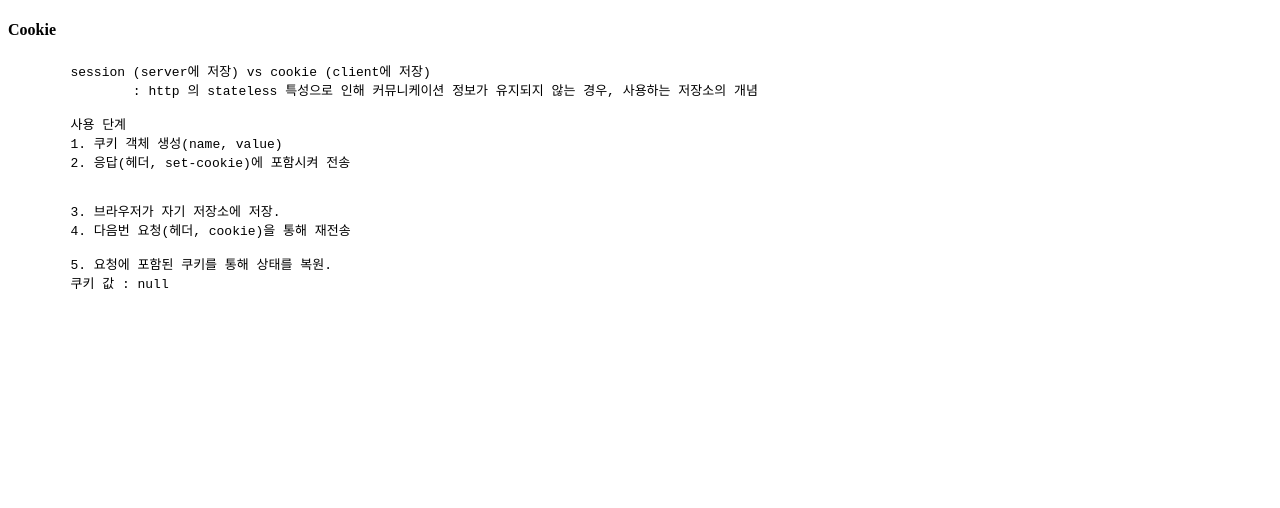
Repository: HEOGEUNJU/JSP
Page: http://localhost/WebStudy01/src/main/webapps/11/cookieDesc.jsp
These files come from the project's save history. The page is drawn as it stood at one moment and after the next save; the edit follows.
The browser window is 1280 px wide. The pictures show the whole page.
The page is served by Tomcat 9. Other server files are loaded and not shown.

Above is the page before, as saved 2022-12-22 07:43:12.

### WebStudy01/src/main/webapps/11/cookieDesc.jsp
<%@page import="kr.or.ddit.commons.wrapper.CookieHttpServletRequestWrapper"%>
<%@ page language="java" contentType="text/html; charset=UTF-8"
    pageEncoding="UTF-8"%>
<!DOCTYPE html>
<html>
<head>
<meta charset="UTF-8">
<title>11/cookieDesc.jsp</title>
</head>
<body>
<h4>Cookie</h4>
<pre>
	session (server에 저장) vs cookie (client에 저장)
		: http 의 stateless 특성으로 인해 커뮤니케이션 정보가 유지되지 않는 경우, 사용하는 저장소의 개념

	사용 단계
	1. 쿠키 객체 생성(name, value)
	2. 응답(헤더, set-cookie)에 포함시켜 전송
	<%--
 		Cookie firstCookie = new Cookie("firstCookie", "firstValue");
		response.addCookie(firstCookie);
	--%>

	3. 브라우저가 자기 저장소에 저장.
	4. 다음번 요청(헤더, cookie)을 통해 재전송

	5. 요청에 포함된 쿠키를 통해 상태를 복원.
	<%
		String findedValue = new CookieHttpServletRequestWrapper(request).getCookieValue("firstCookie");
		out.println("쿠키 값 : "+findedValue);
	%>
</pre>
</body>
</html>

### WebStudy01/src/main/java/kr/or/ddit/commons/wrapper/CookieHttpServletRequestWrapper.java
package kr.or.ddit.commons.wrapper;

import java.util.HashMap;
import java.util.Map;
import java.util.Optional;

import javax.servlet.http.Cookie;
import javax.servlet.http.HttpServletRequest;
import javax.servlet.http.HttpServletRequestWrapper;

public class CookieHttpServletRequestWrapper extends HttpServletRequestWrapper{

	private Map<String, Cookie> cookieMap;

	public CookieHttpServletRequestWrapper(HttpServletRequest request) {
		super(request);
		cookieMap = new HashMap<>();
		Cookie[] cookies = request.getCookies();
		if(cookies != null) {
			for(Cookie tmp : cookies) {
				cookieMap.put(tmp.getName(), tmp);
			}
		}
	}

	public Cookie getCookie(String name) {
		return cookieMap.get(name);

	}
	public String getCookieValue(String name) {
		Cookie finded = getCookie(name);
		return Optional.ofNullable(finded)
						.map(cookie->cookie.getValue())
						.orElse(null);
		}
}

After the next save:
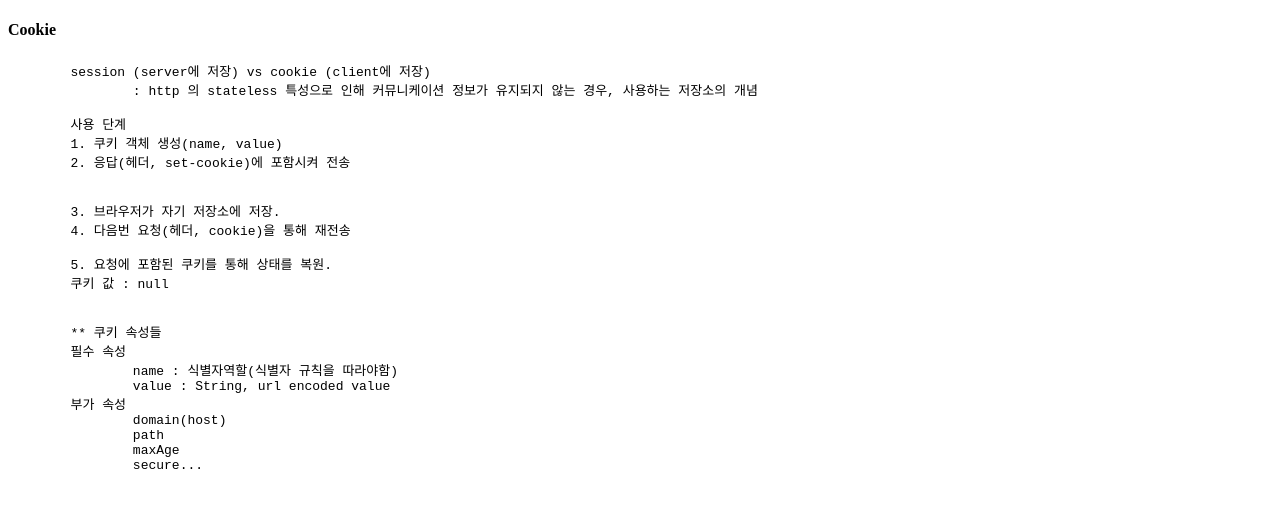
Saved 13 min 44 s later.
--- a/WebStudy01/src/main/webapps/11/cookieDesc.jsp
+++ b/WebStudy01/src/main/webapps/11/cookieDesc.jsp
@@ -16,10 +16,10 @@
 	사용 단계
 	1. 쿠키 객체 생성(name, value)
 	2. 응답(헤더, set-cookie)에 포함시켜 전송
-	<%--
+	<%
  		Cookie firstCookie = new Cookie("firstCookie", "firstValue");
 		response.addCookie(firstCookie);
-	--%>
+	%>
 
 	3. 브라우저가 자기 저장소에 저장.
 	4. 다음번 요청(헤더, cookie)을 통해 재전송
@@ -29,6 +29,16 @@
 		String findedValue = new CookieHttpServletRequestWrapper(request).getCookieValue("firstCookie");
 		out.println("쿠키 값 : "+findedValue);
 	%>
+
+	** 쿠키 속성들
+	필수 속성
+		name : 식별자역할(식별자 규칙을 따라야함)
+		value : String, url encoded value
+	부가 속성
+		domain(host)
+		path
+		maxAge
+		secure...
 </pre>
 </body>
 </html>
